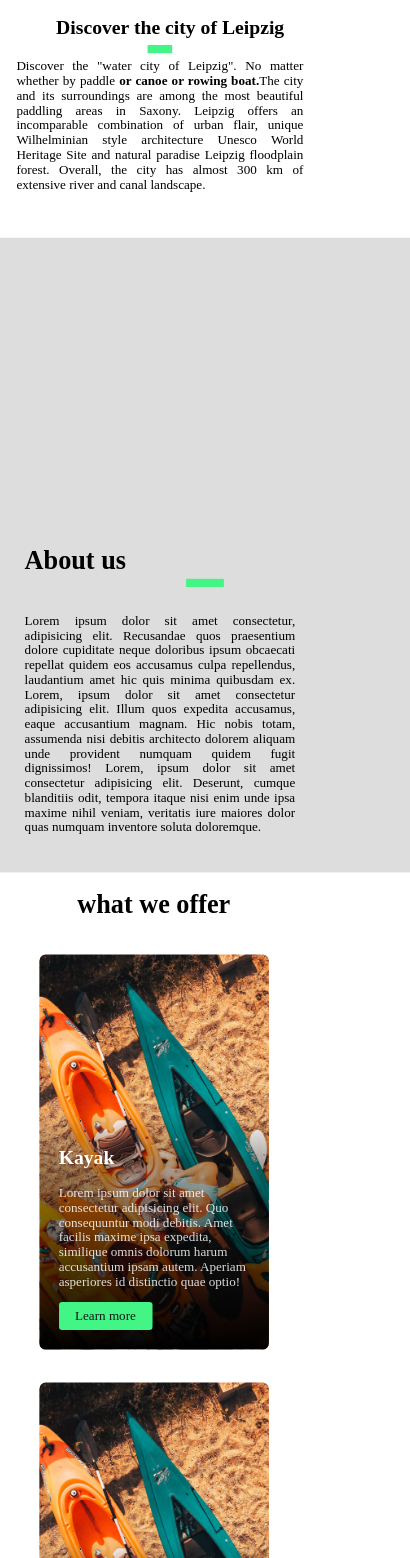
Repository: joseluis2289/Responsive-club-website
Page: index.html
An editor plug-in stored every save of this project. The page is shown before and after the next save, followed by the edit.
The browser window is 375 px wide. The page is 500 px wide, so the pictures cover 500 px, including what lies to the right of the window. The pictures show the part of the page from y = 845 to 2745 px (the page is 4387 px tall), at 82% of full size.
Pictures or frames that could not be fetched are drawn as grey boxes.

Above is the page before, as saved 2021-08-24 13:17:54.

### index.html
<!DOCTYPE html>
<html lang="en">
<head>
    <meta charset="UTF-8">
    <meta http-equiv="X-UA-Compatible" content="IE=edge">
    <meta name="viewport" content="width=device-width, initial-scale=1.0">
    <link rel="stylesheet" href="style.css">
    <script src="script.js" defer></script>
    <title>Responsive-Club-website</title>
</head>
<body>

    <nav class="navbar">
        <!-- hamburger toggle -->
        <div class="brand-title">Club-Website</div>
        <a href="#" class="toggle-button">
            <span class="bar"></span>
            <span class="bar"></span>
            <span class="bar"></span>
        </a>

        <div class="nav-links">
            <ul>
                <li><a href="#">Home</a></li>
                <li><a href="#">About</a></li>
                <li><a href="#">Contact</a></li>
            </ul>
        </div>
    </nav>
<div class="banner"></div>

<section class="welcome">
    <h1 class="discover-title">Discover the city of Leipzig</h1>
    <p class="p-discover">Discover the "water city of Leipzig". No matter whether by paddle <strong>or canoe or rowing boat.</strong>The city and its surroundings are among the most beautiful paddling areas in Saxony. Leipzig offers an incomparable combination of urban flair, unique Wilhelminian style architecture Unesco World Heritage Site and natural paradise Leipzig floodplain forest. Overall, the city has almost 300 km of extensive river and canal landscape.</p>

</section>

<!-- about us section -->
<div class="grid-container-about">
    <img class="grid-item-img" src="./Cosmetics Discount Sale Landscape Banner.png" alt="about">
    <div class="grid-item-text"><h1><a class="aboutUs-title" href="#">About us</a></h1><p class="aboutUs-text"> Lorem ipsum dolor sit amet consectetur, adipisicing elit. Recusandae quos praesentium dolore cupiditate neque doloribus ipsum obcaecati repellat quidem eos accusamus culpa repellendus, laudantium amet hic quis minima quibusdam ex. Lorem, ipsum dolor sit amet consectetur adipisicing elit. Illum quos expedita accusamus, eaque accusantium magnam. Hic nobis totam, assumenda nisi debitis architecto dolorem aliquam unde provident numquam quidem fugit dignissimos! Lorem, ipsum dolor sit amet consectetur adipisicing elit. Deserunt, cumque blanditiis odit, tempora itaque nisi enim unde ipsa maxime nihil veniam, veritatis iure maiores dolor quas numquam inventore soluta doloremque.</p></div>
</div>

<h1 class="tittle-what-we-offer">what we offer</h1>


<div class="card-container">
    <div class="card">
        <div class="card-content">
        <h2 class="card-title">Kayak</h2>
        <p class="card-body">Lorem ipsum dolor sit amet consectetur adipisicing elit. Quo consequuntur modi debitis. Amet facilis maxime ipsa expedita, similique omnis dolorum harum accusantium ipsam autem. Aperiam asperiores id distinctio quae optio!</p>
        <a href="#" class="button">Learn more</a>
    </div>
    </div>

    <div class="card">
        <div class="card-content">
        <h2 class="card-title"> Stand Up Paddle</h2>
        <p class="card-body">Lorem ipsum dolor sit amet consectetur adipisicing elit. Quo consequuntur modi debitis. Amet facilis maxime ipsa expedita, similique omnis dolorum harum accusantium ipsam autem. Aperiam asperiores id distinctio quae optio!</p>
        <a href="#" class="button">Learn more</a>
    </div>
    </div>


    <div class="card">
        <div class="card-content">
        <h2 class="card-title">Canoe</h2>
        <p class="card-body">Lorem ipsum dolor sit amet consectetur adipisicing elit. Quo consequuntur modi debitis. Amet facilis maxime ipsa expedita, similique omnis dolorum harum accusantium ipsam autem. Aperiam asperiores id distinctio quae optio!</p>
        <a href="#" class="button">Learn more</a>
    </div>
    </div>

</div>





<!-- <section class="what-we-offer">
     <!-- <div class="kayak">kayak</div>
   <img class="kayak" src="./kayak.png" alt="kayak">
   <img class="kayak" src="./boat.png" alt="boat">
   <img class="kayak" src="./sup.png" alt="sup">
</section> -->




<section class="register">
    <form id="register" action="#">
        <h2 class="register-title">Register now!</h2>
        <label for="first-name">First-name:</label>
        <br/>
        <input type="text" name="first-name" id='name' placeholder="Enter your name">
        <br/>
        <label for="last-name">Last-name:</label>
        <br/>
        <input type="text" name="last-name" id="name" placeholder="Enter your last name">
        <br/>
        <label for="email">Email:</label>
        <br/>
        <input type="text" name="email" id="name" placeholder="Enter your email">
        <br/>&nbsp;
        <!-- <label for="gender">Gender:</label>
        <br/>
        <input type="radio" name="gender" id="male">
        &nbsp;
        <span id="male">Male</span>
        &nbsp; &nbsp;
        <input type="radio" name="gender" id="female">
        &nbsp;
        <span id="female">Female</span> -->
        <br/> <br/>
    <input type="submit" value="submit" name="submit" id="submit">
    </form>
</section>

<footer class="footer">
    <div>footer</div>
</footer>
</body>
</html>

### style.css
:root{
    --clr-neutral-900: hsl(207,19%,9%);
    --crl-neutral-100: hsl(0,0%,100%);
    --crl-accent-400: hsl(142, 90%, 61%);

}

*,
*::before,
*::after {
    box-sizing: border-box;
}


*{
    box-sizing: border-box;
}

body{
    margin: 0;
    border: 0;
}

.navbar{
    display: flex;
    justify-content: space-between;
    align-items: center;
    background-color: #333;
    color: white;
    font-family: 'Poppins', sans-serif;

}

.brand-title{
    font-size: 1.6rem;
    margin: .5rem;
    text-transform: uppercase;
    letter-spacing: 4px;
    -webkit-box-shadow: 0 10px 6px -6px rgb(80, 73, 73);
    -moz-box-shadow:0 10px 6px -6px rgb(114, 110, 110);
    box-shadow: 0 10px 6px -6px rgb(136, 133, 133);
    border-radius:10px;
}

.nav-links ul {
    margin: 0;
    padding: 0;
    display: flex;
}
.nav-links li {
    list-style: none;
}

.nav-links li a {
    text-decoration: none;
    color: white;
    padding: 1rem;
    display: block;
}
.nav-links li:hover{
    background-color:#555;
}

.toggle-button {
    position: absolute;
    top: .75rem;
    right: 1rem;
    display: none;
    flex-direction: column;
    justify-content: space-between;
    width: 30px;
    height: 22px;
}

.toggle-button .bar {
    height: 3px;
    width: 100%;
    background-color: white;
    border-radius: 10px;
}

.banner{
    background-image: url("/Cosmetics\ Discount\ Sale\ Landscape\ Banner.png");
    background-repeat: no-repeat;
    background-position: cover;
    background-size: 100% 100vh;
    height: 100vh;
}

/* discover the city of Leipzig */
.welcome{
    text-align: center;
    height: 30vh;

}
.discover-title{
    display: block;
    position: relative;
    cursor: pointer;
}
.discover-title::after{
    content:"";
    position: absolute;
    left: 620px;
    background: var(--crl-accent-400);
    display: block;
    border: 0;
    margin: 0.5rem 0;
    width:300px;
    height: 10px;
    transform: scaleX(0.1);
    transition: transform 0.4s ease;

}

.discover-title:hover:after,
.discover-title:active:after{
    transform: scaleX(1);
    transform-origin: left;
    transition: transform 0.5s ease;
}


.grid-container-about{
    background-color: #ddd;
    display: grid;
    grid-template-columns: 1fr 1fr;
    padding: 30px;
}
.grid-item-img{
    width: 400px;
    height: 40vh;
    border-radius:10px;

}

/* about us  */

.aboutUs-title{
color: #000;
text-decoration: none;
border: 0;
margin: 0.5rem 0;
line-height: 1.4;
display: block;
position: relative;
}

.aboutUs-title:after{
    position: absolute;
    content: "";
    background: var(--crl-accent-400);
    display: block;
    left:0;
    bottom:0;
    line-height: 1.4;
    width:100%;
    height: 10px;
    transform: scaleX(0.1);
    transition: transform 0.4s ease;

}

.aboutUs-title:hover:after,
.aboutUs-title:active:after{
    transform: scaleX(1);
    transform-origin: left bottom;
    transition: transform 0.5s ease;
}




/* what we offer cards */
.tittle-what-we-offer{
    text-align: center;
}

.card-container{
    display: flex;
    justify-content: space-around;
}

.card{
    color: var(--crl-neutral-100);
    background-image: url(./we-offer.jpg);
    background-size: cover;
    padding: 12rem 0 0;
    /* ch is 35 character wide */
    max-width: 35ch;
    border-radius: 0.5rem;
    overflow: hidden;
    transition: transform 500ms ease;

}

.card:hover{
    transform: scale(1.05);
}



.card-content{
    /* this variable only exist within the card content */
    --padding: 1.5rem;
    padding: var(--padding);
    /* here im appying some saturation and opacity of the backgroud card in order to king of fade it out */
    background: linear-gradient(
        hsl(0 0% 0% / 0),
        hsl(0 0% 0% / 0.3) 20%,
        hsl(0 0% 0% / 1)
    );
}

.card-title{
    position: relative;
    /* max-content it line up the with of the title */
    width: max-content;


}

.card-title::after{
    content:"";
    position: absolute;
    height: 4px;
    /* here I'm moving the green bar to the left in order to animate */
    left: calc(var(--padding) * -1 );
    bottom: 0;
    width: calc(100% + var(--padding));
    background: var(--crl-accent-400);
    /* here I'm animating the green bar from left to right */
    transform-origin: left;
    transform: scaleX(0);
    transition: transform 500ms ease;
}

.card:hover .card-title::after{
    transform: scaleX(1);
}

.card-body{
    color: rgb(255 255 255 / 0.85);
}

.button{
    cursor:pointer;
    display: inline-block;
    padding: 0.5em 1.3em;
    text-decoration: none;
    color: var(--clr-neutral-900);
    background-color: var(--crl-accent-400);
    padding: 0.5em 1.25em;
    border-radius: 0.25em;
}


.button:hover,
.button:focus {
    background-color: var(--crl-neutral-100);
}


/* .what-we-offer{
    display: grid;
    grid-template-columns: 1fr 1fr 1fr;
    display: flex;
    justify-content: space-around;
}
.kayak{
    /* background-image:url("kayak.png");
    height: 40vh;
    margin: 10px;
    border-radius:10px;
    background: #ddd;
    box-shadow: 0 6px 10px rgba(14, 13, 13, 0.08), 0 0 6px rgba(0, 0, 0, 0.05);
    cursor: pointer;
}


.kayak:hover{
    border: rgba(0, 0, 0, 0.05) solid 0;
    transform: scale(1.05);
    box-shadow: 0 10px 20px rgba(0, 0, 0, 0.12), 0 4px 8px rgba(0, 0, 0, 0.06);
    transition: 0.3s;
} */

/* register */
.register-title{
    text-align: center;
    padding: 20px;
    font-family:'Poppins', sans-serif;
}
#register{

    background-color:rgba(0, 0, 0, 0.05);
    width: 600px;
    font-size: 18px;
    border-radius:10px;
    border:1px solid rgba(214, 210, 210, 0.3);
    box-shadow: 2px 2px 15px;
    color:rgb(24, 21, 21);
    margin: 50px auto;
    text-align: center;
    padding: 20px;

}
label{
    font-family:'Poppins', sans-serif;
    font-size: 18px;
}
input#name{
    width: 300px;
    border: 1px solid #ddd;
    border-radius: 3px;
    outline: 0;
    padding: 7px;
    background-color: #fff;
    box-shadow: inset 1px 1px 5px
    rgba(0,0,0,0.3);
}


input#submit{
    width: 200px;
    padding: 7px;
    font-size: 16px;
    font-family: sans-serif;
    font-weight: 600;
    border: none;
    border-radius:3px;
    background-color:rgba(250, 100, 0, 0.8);
    color:black;
    cursor:pointer;
    border:1px solid rgba(255, 255, 255, 0.3);
    box-shadow: 1px 1px 5px rgba(0, 0, 0, 0.3);
    margin-bottom: 20px;
}

/* label,span,h2{
     text-shadow: 1px 1px 5px rgba(0, 0, 0, 0.3);
} */

/* footer */
.footer{
    width: 100%;
    height: 40vh;
    background-color:#000;
    color:whitesmoke;
}

@media(min-width: 320px) and (max-width: 480px){
    .toggle-button{
        display: flex;
    }
    .nav-links{
          display: none;
         width: 100%;
    }
    .navbar{
        flex-direction: column;
        align-items: flex-start;
        width: 500px;
    }
    .banner{
        background-image: url("/Cosmetics\ Discount\ Sale\ Landscape\ Banner.png");
        background-repeat: no-repeat;
        background-position: cover;
        background-size: 100% 100vh;
        height: 100vh;
        width: 500px;
    }
    .nav-links ul {
        width: 100%;
        flex-direction: column;

    }
    .nav-links li {
        text-align: center;
    }
    .nav-links li a {
        padding: .5rem 1rem;
    }
    .nav-links.active{
        display: flex;

    }
    .discover-title::after{
        left: 5px;
    }
    .discover-title{
        margin: 20px 0 25px 40px;
    }
    .p-discover{
        text-align: justify;
        text-justify: inter-word;
        width: 350px;
        margin:0 auto 0 20px;
    }
    .grid-container-about{
        margin: 30px 0 0;
        background-color: #ddd;
        display: grid;
        grid-template-columns: 1fr;
        padding: 20px;
        width: 500px;
    }
    .grid-item-img{
        width: 00px;
    }
    .aboutUs-title{

        padding: 10px;
    }
    .aboutUs-text{
        text-align: justify;
        text-justify: inter-word;
        width: 350px;
        padding: 10px;

    }
    .card-container{
        display: flex;
        flex-direction: column;


    }
    .card{
        margin: 20px auto;
    }


    #register{
        width: 300px;
    }

    input#name{
        width: 200px;
    }


}

/* ##Device = Low Resolution Tablets, Mobiles (Landscape)
##Screen = B/w 481px to 767px */

@media (min-width: 481px) and (max-width: 767px){
    .navbar{
        width: 780px;
        flex-direction: row;
        justify-content: space-around;
        align-content: center;
    }
    .banner{
        background-image: url("/Cosmetics\ Discount\ Sale\ Landscape\ Banner.png");
        background-repeat: no-repeat;
        background-position: cover;
        background-size: 100% 100vh;
        height: 100vh;
        width: 780px;
    }

    .discover-title::after{
        left: 260px;
        margin: 0 0 30px;

    }
    .discover-title{
        width: 800px;
        text-align: center;
    }
    .p-discover{
        text-align: justify;
        text-justify: inter-word;
        width: 700px;
        padding: 0.7em 5em;
        margin:20px 0 0 60px;
        font-size: 20px;

    }
    .grid-container-about{
        width: 800px;
        margin: 40px 0;
        background-color: #ddd;
        display: grid;
        grid-template-columns: 1fr;
        padding: 90px;
    }
    .aboutUs-text{
        text-align: justify;
        text-justify: inter-word;
        width: 550px;
    }
    .card-container{
        display: flex;
        flex-direction: column;


    }
    .card{
        margin: 20px auto;
    }

}

### script.js
const toggleButton = document.getElementsByClassName("toggle-button")[0]
const navBarLinks = document.getElementsByClassName("nav-links")[0]

toggleButton.addEventListener("click", () =>{
    // toggle the active class so If the active class does exist it will add it and viceversa
    navBarLinks.classList.toggle("active")
}
)

After the next save:
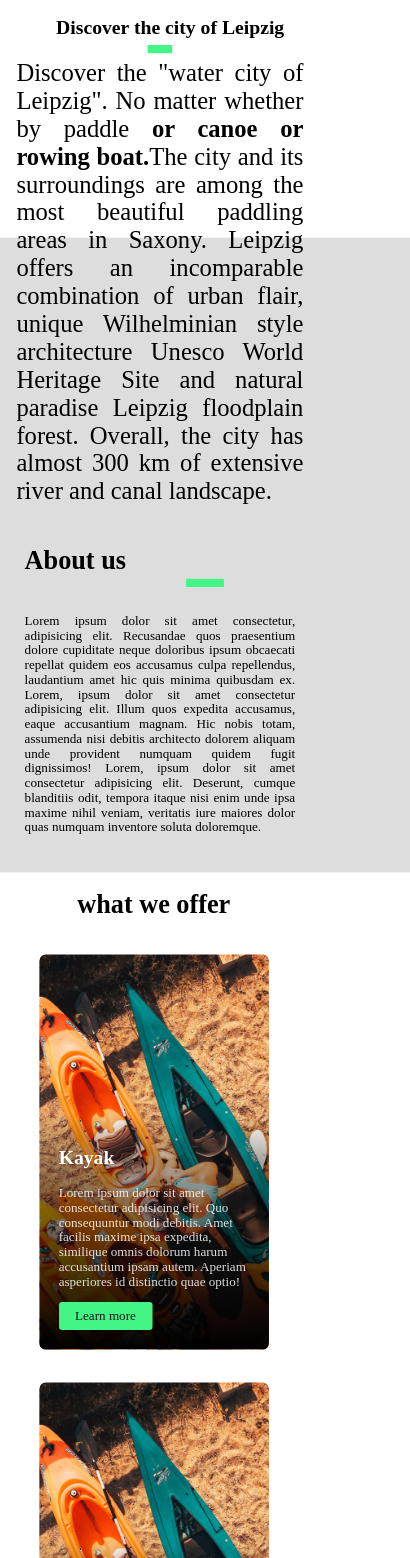
Saved 12 s later.
--- a/style.css
+++ b/style.css
@@ -396,6 +396,7 @@ input#submit{
         text-justify: inter-word;
         width: 350px;
         margin:0 auto 0 20px;
+        font-size: 30px;
     }
     .grid-container-about{
         margin: 30px 0 0;
